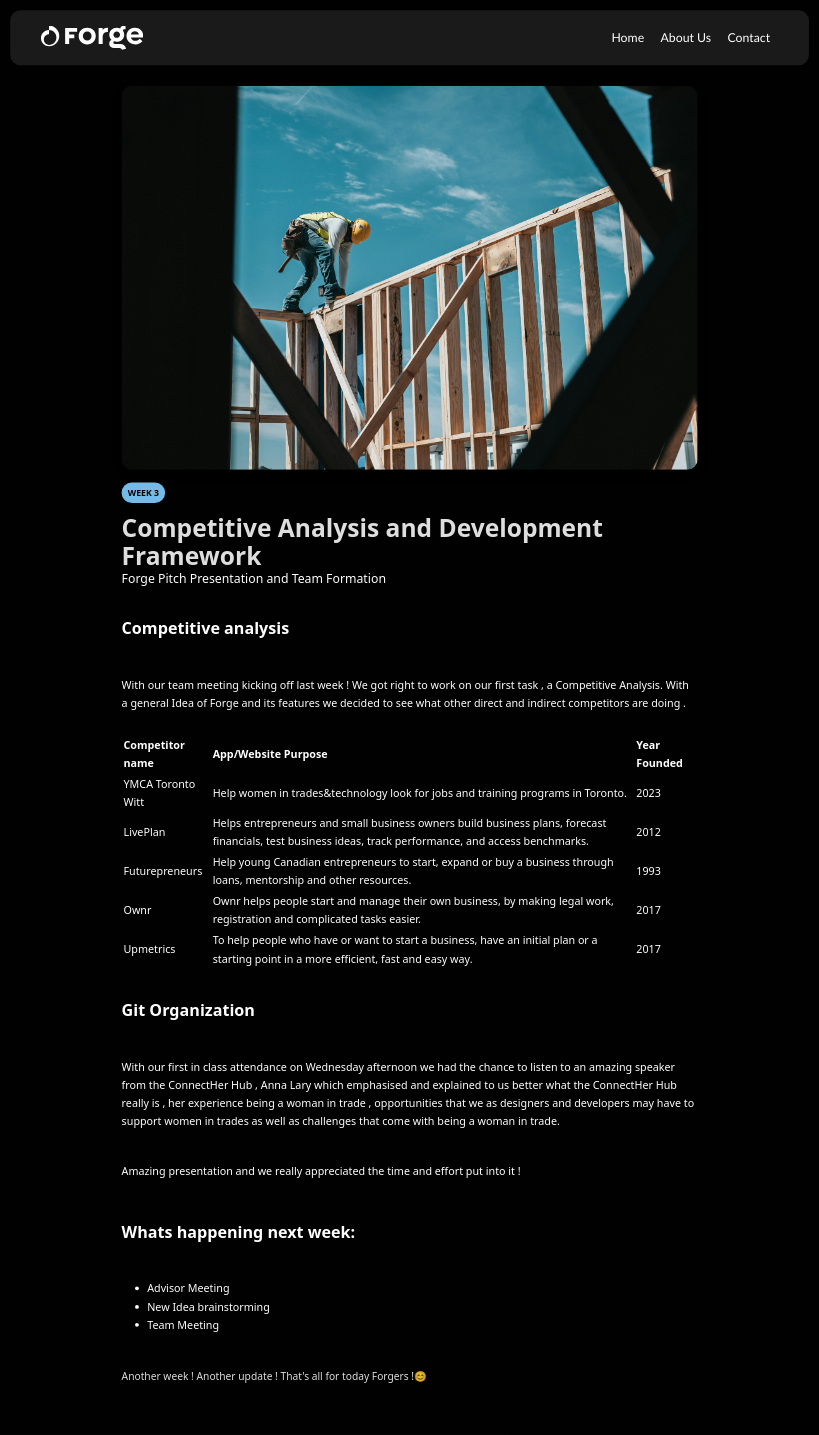
Repository: Forge-IDSP/Blog
Page: /week3
These files come from the project's save history. The page is drawn as it stood at one moment and after the next save; the edit follows.
The browser window is 1280 px wide. The pictures show the whole page, at 64% of full size.
The project was rebuilt for these pictures with package versions that can differ from the ones it lists, and the page was loaded fresh each time. Also part of the build but not shown: vite.config.js, src/ui/card/card.module.css, src/ui/card/card.jsx, src/ui/footer/footer.module.css, src/ui/footer/footer.jsx, src/pages/home.jsx, src/pages/week1.jsx, src/pages/week2.jsx and 6 more.

Above is the page before, as saved 2025-10-27 12:19:50.

### index.html
<!DOCTYPE html>
<html lang="en">
    <head>
        <meta charset="UTF-8" />
        <link
            rel="icon"
            type="image/svg+xml"
            href="/vite.svg" />
        <meta
            name="viewport"
            content="width=device-width, initial-scale=1.0" />
        <title>Forge Blog</title>
    </head>
    <body>
        <div id="root"></div>
        <script
            type="module"
            src="/src/main.jsx"></script>
    </body>
</html>

### src/index.css
:root {
    font-family: system-ui, Avenir, Helvetica, Arial, sans-serif;
    line-height: 1.5;
    font-weight: 400;

    color-scheme: light dark;
    color: rgba(255, 255, 255, 0.87);
    background-color: #242424;

    --space-small: 8px;
    --space-regular: 16px;

    font-synthesis: none;
    text-rendering: optimizeLegibility;
    -webkit-font-smoothing: antialiased;
    -moz-osx-font-smoothing: grayscale;
}

### src/App.jsx
import { BrowserRouter as Router, Routes, Route } from "react-router-dom";
import Home from "./pages/home.jsx";
import Week1 from "./pages/week1.jsx";
import Week2 from "./pages/week2.jsx";
import Week3 from "./pages/week3.jsx";
import Week4 from "./pages/week4.jsx";
import Week5 from "./pages/week5.jsx";
import AboutUs from "./pages/aboutUs.jsx";
import ContactUs from "./pages/contactUs.jsx";

export default function App() {
    return (
        <Router>
            <Routes>
                <Route
                    path='/'
                    element={<Home />}
                />
                <Route
                    path='/week1'
                    element={<Week1 />}
                />
                <Route
                    path='/week2'
                    element={<Week2 />}
                />
                <Route
                    path='/week3'
                    element={<Week3 />}
                />
                <Route
                    path='/week4'
                    element={<Week4 />}
                />
                <Route
                    path='/week5'
                    element={<Week5 />}
                />
                <Route
                    path='/aboutUs'
                    element={<AboutUs />}
                />
                <Route
                    path='/contactUs'
                    element={<ContactUs />}
                />
            </Routes>
        </Router>
    );
}

### src/pages/week3.jsx
import styles from "./blogpost.module.css";
import "../App.css";
import Header from "../ui/header/header.jsx";

export default function Week3() {
    return (
        <>
            <Header />
            <article className={styles.post}>
                <figure className={styles.hero}>
                    <img
                        src='/blog-image1.jpg'
                        alt='Project Idea Presentation'
                    />
                </figure>

                <header className={styles.post_header}>
                    <span className={styles.week}>Week 3</span>
                    <h1 className={styles.title}>
                        Competitive Analysis and Development Framework
                    </h1>
                    <p className={styles.subtitle}>
                        Forge Pitch Presentation and Team Formation
                    </p>
                </header>

                <section className={styles.content}>
                    <h2 className={styles.section_header}>
                        Competitive analysis
                    </h2>
                    <p>
                        With our team meeting kicking off last week ! We got
                        right to work on our first task , a Competitive
                        Analysis. With a general Idea of Forge and its features
                        we decided to see what other direct and indirect
                        competitors are doing .
                    </p>
                    <div>
                        <table>
                            <tr>
                                <th>Competitor name</th>
                                <th>App/Website Purpose</th>
                                <th>Year Founded</th>
                            </tr>
                            <tr>
                                <td>YMCA Toronto Witt</td>
                                <td>
                                    Help women in trades&technology look for
                                    jobs and training programs in Toronto.
                                </td>
                                <td>2023</td>
                            </tr>
                            <tr>
                                <td>LivePlan</td>
                                <td>
                                    Helps entrepreneurs and small business
                                    owners build business plans, forecast
                                    financials, test business ideas, track
                                    performance, and access benchmarks.
                                </td>
                                <td>2012</td>
                            </tr>
                            <tr>
                                <td>Futurepreneurs</td>
                                <td>
                                    Help young Canadian entrepreneurs to start,
                                    expand or buy a business through loans,
                                    mentorship and other resources.
                                </td>
                                <td>1993</td>
                            </tr>

                            <tr>
                                <td>Ownr</td>
                                <td>
                                    Ownr helps people start and manage their own
                                    business, by making legal work, registration
                                    and complicated tasks easier.
                                </td>
                                <td>2017</td>
                            </tr>

                            <tr>
                                <td>Upmetrics</td>
                                <td>
                                    To help people who have or want to start a
                                    business, have an initial plan or a starting
                                    point in a more efficient, fast and easy
                                    way.
                                </td>
                                <td>2017</td>
                            </tr>
                        </table>
                    </div>
                </section>
                <section className={styles.content}>
                    <h2>Git Organization</h2>

                    <p>
                        With our first in class attendance on Wednesday
                        afternoon we had the chance to listen to an amazing
                        speaker from the ConnectHer Hub , Anna Lary which
                        emphasised and explained to us better what the
                        ConnectHer Hub really is , her experience being a woman
                        in trade , opportunities that we as designers and
                        developers may have to support women in trades as well
                        as challenges that come with being a woman in trade.
                    </p>
                    <p>
                        Amazing presentation and we really appreciated the time
                        and effort put into it !{" "}
                    </p>
                </section>
                <section className={styles.content}>
                    <h2>Whats happening next week:</h2>

                    <ul>
                        <li>Advisor Meeting</li>
                        <li>New Idea brainstorming</li>
                        <li>Team Meeting</li>
                    </ul>
                </section>

                <p>
                    Another week ! Another update ! That's all for today Forgers
                    !😊
                </p>
            </article>
        </>
    );
}

### src/ui/header/header.jsx
import style from "./header.module.css";
import { Link } from "react-router-dom";

function Header() {
    return (
        <div className={style.header}>
            <img
                src='/forge-logo.svg'
                alt='Forge Logo'
                className={style.logo}></img>
            <nav className={style.menu}>
                <a
                    className={style.menu_item}
                    href='/'>
                    Home
                </a>
                <Link
                    className={style.menu_item}
                    to='/AboutUs'>
                    About Us
                </Link>

                <Link
                    to='/ContactUs'
                    className={style.menu_item}>
                    Contact
                </Link>
            </nav>
        </div>
    );
}

export default Header;

### src/pages/blogpost.module.css
.post {
    --maxw: 900px;
    margin: 0 auto;
    padding: 1.5rem 3rem;
    max-width: var(--maxw);
    display: grid;
    gap: 1.25rem;
    text-align: left;
}

.hero {
    margin: 0;
    border-radius: 16px;
    overflow: hidden;
    line-height: 0;
    box-shadow: 0 6px 18px rgba(0, 0, 0, 0.08);
}

.hero img {
    width: 100%;
    height: auto;
    display: block;
}

.value_prop_image {
    width: 800;
    height: 450;
}

.header {
    display: grid;
    gap: 0.5rem;
}

.week {
    display: inline-block;
    font-size: 0.85rem;
    font-weight: bold;
    text-transform: uppercase;
    background: var(--color-primary-light);
    color: var(--black);
    padding: 0.35rem 0.6rem;
    border-radius: 999px;
    width: fit-content;
    margin-bottom: 1rem;
}

.title {
    font-size: clamp(1.75rem, 3vw, 2.5rem);
    line-height: 1.15;
    margin: 0;
    text-align: left;
}

.subtitle {
    font-size: clamp(1rem, 2vw, 1.2rem);
    color: var(--white);
    margin: 0;
    text-align: left;
}

.content {
    font-size: 1.05rem;
    line-height: 1.7;
    color: var(--white);
    display: grid;
    gap: 1rem;
    text-align: left;
}

.content a {
    text-decoration: underline;
}

@media (min-width: 1000px) {
    .post {
        padding: 2rem 1rem 3rem;
    }
}

### src/App.css
#root {
    margin: 0 auto;
    padding: 1rem;
    text-align: center;
    background-color: var(--black);

    --color-primary-dark: #1c2c3e;
    --color-primary-light: #74bce7;
    --color-secondary-dark: #452035;
    --color-secondary-light: #ec635d;
    --black: #010101;
    --dark-grey: #1a1a1a;
    --grey: #2e2e2e;
    --white: #ffffff;
}

body,
html {
    height: 100%;
    margin: 0;
    padding: 0;
    background-color: var(--black);
}

#root,
.page {
    background-color: var(--black);
    margin-bottom: 2rem;
}

.page {
    display: flex;
    flex-direction: column;
}

.title {
    font-size: 5rem;
    color: var(--white);
    line-height: 5rem;
    margin-bottom: 1rem;
}

.subtitle {
    font-size: 2rem;
}

.post_container {
    display: grid;
    grid-template-columns: repeat(3, 1fr);
    gap: 2rem;
    background-color: var(--dark-grey);
    padding: 3rem;
    border-radius: 16px;
    align-items: center;
    justify-content: center;
    justify-items: center;
    margin-bottom: 2rem;
    margin-top: 2rem;
}

/* Tablet: 2 columns */
@media (max-width: 1300px) {
    .post_container {
        grid-template-columns: repeat(2, 1fr);
        padding: 1.5rem;
        gap: 1.5rem;
    }
}

/* Mobile: 1 column */
@media (max-width: 600px) {
    .post_container {
        grid-template-columns: 1fr;
        padding: 1rem;
        gap: 1rem;
    }
}

### src/ui/header/header.module.css
.header {
    background-color: var(--dark-grey);
    display: flex;
    justify-content: space-between;
    align-items: center;
    padding: 1rem 3rem;
    border-radius: 16px;
}

.logo {
    width: 10rem;
}

.menu {
    display: flex;
    gap: rem;
}

.menu_item {
    font-size: 1.2rem;
    text-decoration: none;
    color: var(--white);
    font-family: "Trebuchet MS", "Lucida Sans Unicode", "Lucida Grande",
        "Lucida Sans", Arial, sans-serif;
    padding: 0.8rem;
}

.menu_item:hover {
    background-color: var(--color-primary-dark);
    padding: 0.8rem;
    border-radius: 8px;
}

Loaded but not shown: src/main.jsx (common file)

After the next save:
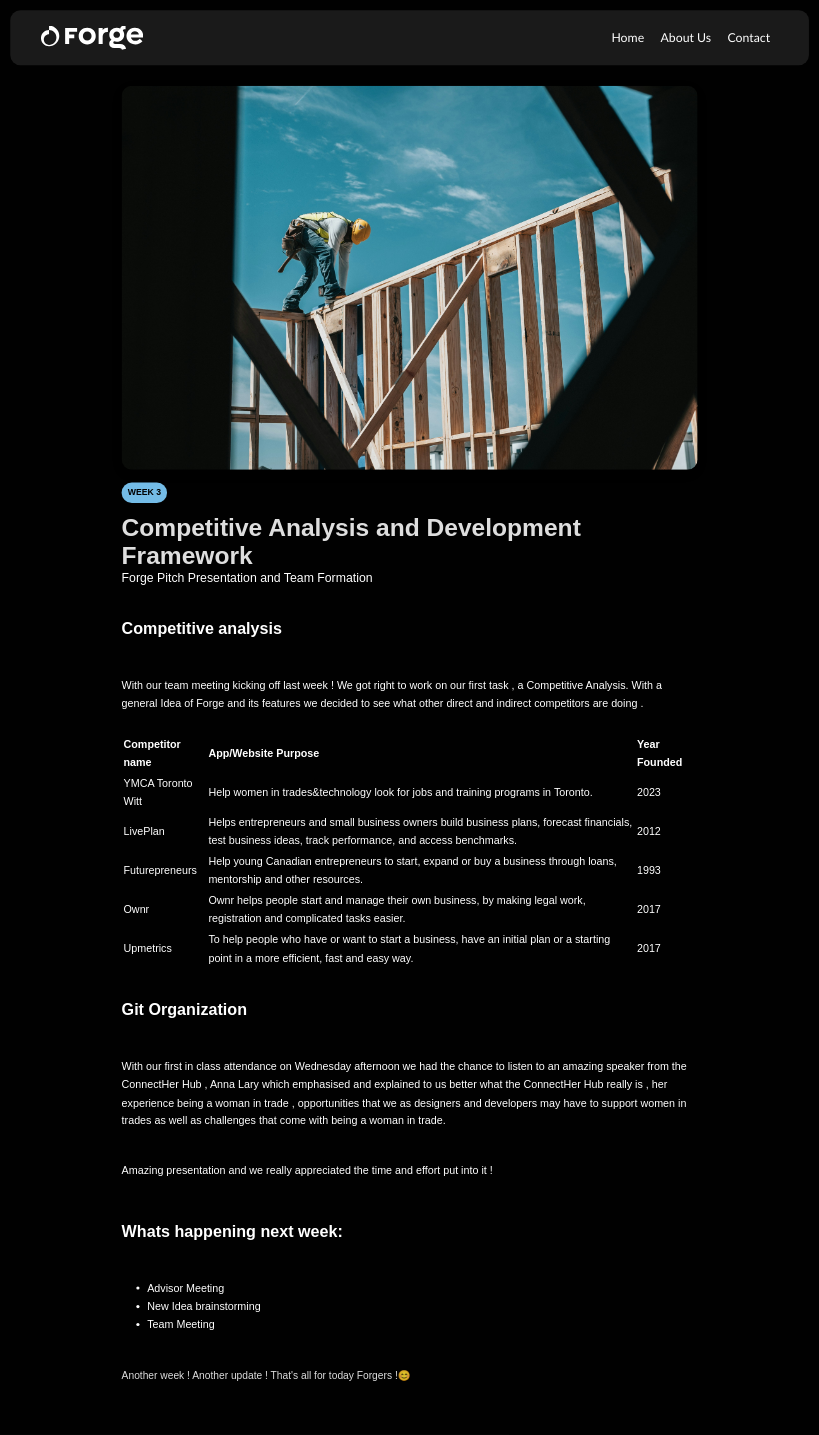
Saved 28 min 50 s later.
--- a/src/index.css
+++ b/src/index.css
@@ -1,5 +1,5 @@
 :root {
-    font-family: system-ui, Avenir, Helvetica, Arial, sans-serif;
+    font-family: var(--font-family);
     line-height: 1.5;
     font-weight: 400;
 
@@ -15,3 +15,87 @@
     -webkit-font-smoothing: antialiased;
     -moz-osx-font-smoothing: grayscale;
 }
+
+/* ------------------------------------------------------ GENERAL STYLES ------------------------------------------------------ */
+*,
+*::before,
+*::after {
+    box-sizing: inherit;
+}
+
+html,
+body {
+}
+
+body {
+}
+
+html {
+}
+
+/* ------------------------------------------------------ VARIABLES ------------------------------------------------------ */
+:root {
+    /* ----- COLORS ----- */
+    --primary-50: #fff1e6;
+    --primary-100: #ffd4b0;
+    --primary-200: #ffbf8a;
+    --primary-300: #ffa155;
+    --primary-400: #ff8f34;
+    --primary-500: #ff7301;
+    --primary-600: #e86901;
+    --primary-700: #b55201;
+    --primary-800: #8c3f01;
+    --primary-900: #6b3000;
+
+    --secondary-50: #eefae6;
+    --secondary-100: #cbefb1;
+    --secondary-200: #b2e88b;
+    --secondary-300: #8fdd55;
+    --secondary-400: #79d635;
+    --secondary-500: #58cc02;
+    --secondary-600: #50ba02;
+    --secondary-700: #3e9101;
+    --secondary-800: #307001;
+    --secondary-900: #255601;
+
+    /* -- neutral colors -- */
+
+    --offwhite-500: #f9f9f9;
+    --white: #ffffff;
+    --black-50: #eaeaea;
+    --black-100: #bebebd;
+    --black-200: #9e9e9d;
+    --black-300: #727271;
+    --black-400: #575655;
+    --black-500: #2d2c2b;
+
+    /* ----- TYPE ----- */
+    --font-family: "Nunito Sans", sans-serif;
+
+    --font-size-extra-large: 88px;
+    --font-size-large: 30px;
+    --font-size-extra-medium: 24px;
+    --font-size-medium: 20px;
+    --font-size-regular: 16px;
+    --font-size-small: 12px;
+    --font-size-extra-small: 10px;
+
+    --font-style-normal: normal;
+    --font-weight-bold: bold;
+
+    --line-height-xxlarge: 100px;
+    --line-height-large: 36px;
+    --line-height-medium: 28px;
+    --line-height-small: 20px;
+
+    /* ----- SPACING ----- */
+    --space-extra-small: 4px;
+    --space-small: 8px;
+    --space-regular: 16px;
+    --space-medium: 32px;
+    --space-large: 48px;
+    --space-extra-large: 140px;
+
+    /* ----- Inner shadow ----- */
+    --inner-shadow: 0 -2px 2px 0 rgba(0, 0, 0, 0.25);
+}
